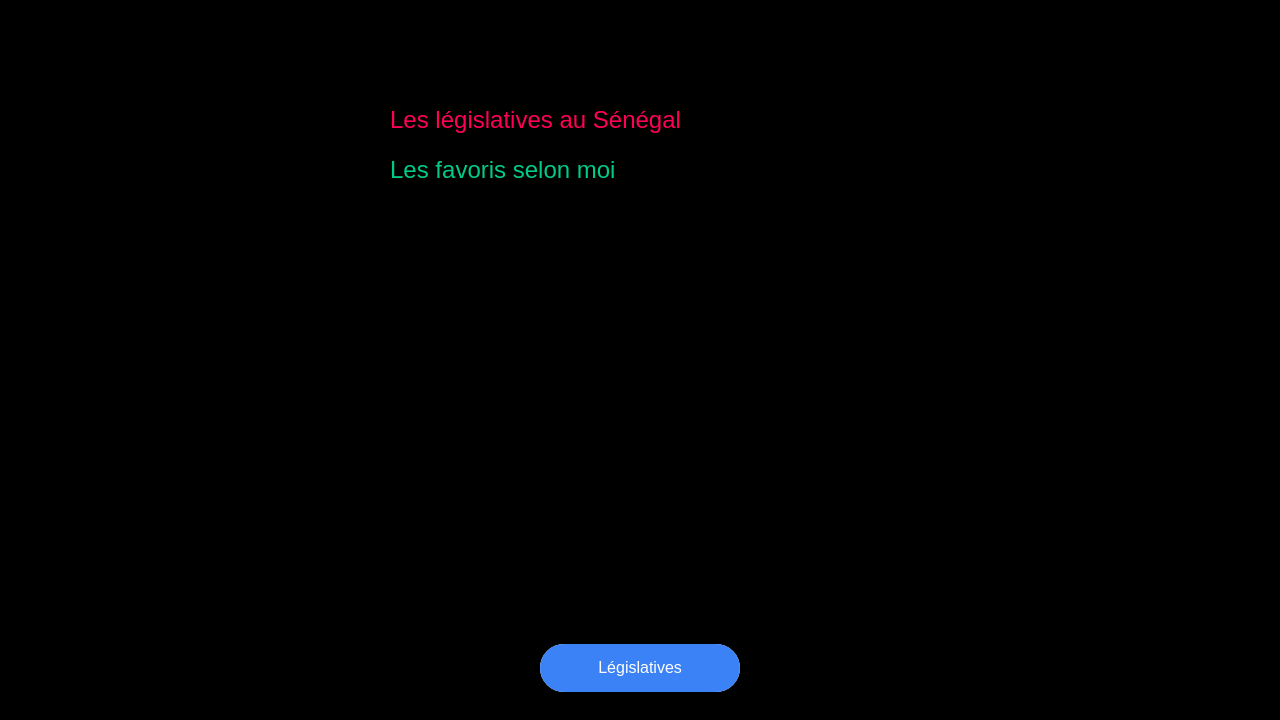
Repository: MDiouf9/legislatives
Page: /
An editor plug-in stored every save of this project. The page is shown before and after the next save, followed by the edit.
The browser window is 1280 px wide. The pictures show the whole page.
The project was rebuilt for these pictures with package versions that can differ from the ones it lists, and the page was loaded fresh each time. The framework's server and built-in components were replaced by stand-ins that run in the browser. Also part of the build but not shown: next.config.ts.

Above is the page before, as saved 2024-10-31 23:24:34.

After the next save:
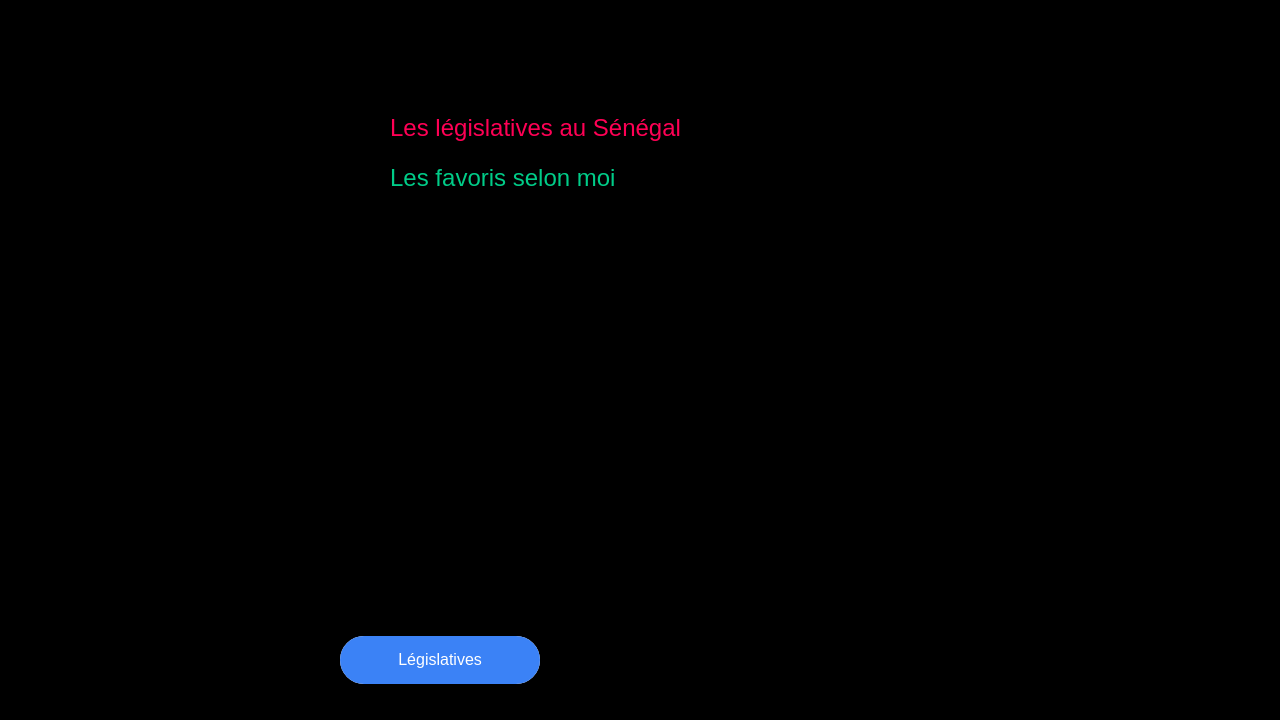
Saved 21 s later.
--- a/src/app/page.tsx
+++ b/src/app/page.tsx
@@ -10,7 +10,7 @@ export default function Page() {
 
 
 <div className="flex justify-center items-center min-h-screen">
-  <div className="max-w-md flex flex-col items-center space-y-4">
+  <div >
     <Text />
     <Boutton />
   </div>
